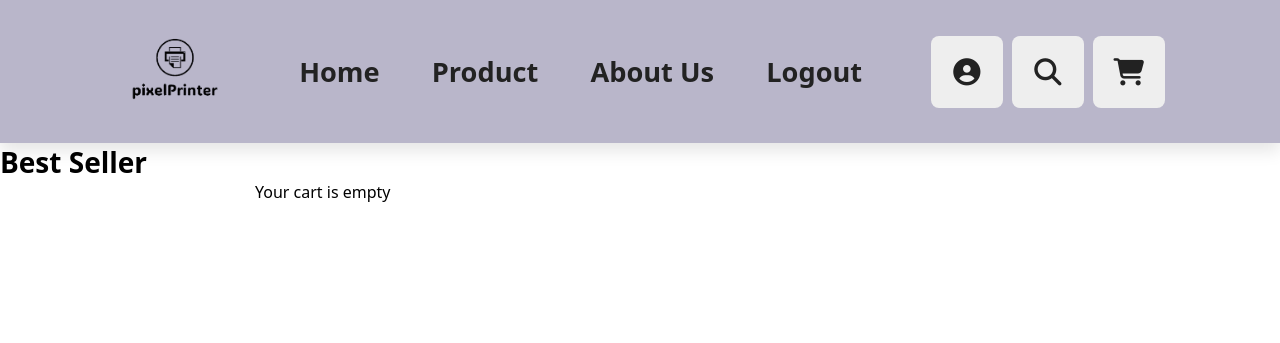
Repository: happy-kitty0821/PixlePrinters
Page: http://localhost/PixlePrint/DisplayCart
The author's editor kept a copy of each file at every save. The page is drawn from the files as they stood at one save, then again after the next save.
The browser window is 1280 px wide. The pictures show the whole page.
Some web libraries are served in a nearby version. The page is served by Tomcat 9. The session is filled in as if someone had signed in: {"username": "testuser", "userId": 1, "accountType": "admin"}. Queries for data that is not in the repository find no rows.

Above is the page before, as saved 2024-05-08 11:02:08.

After the next save:
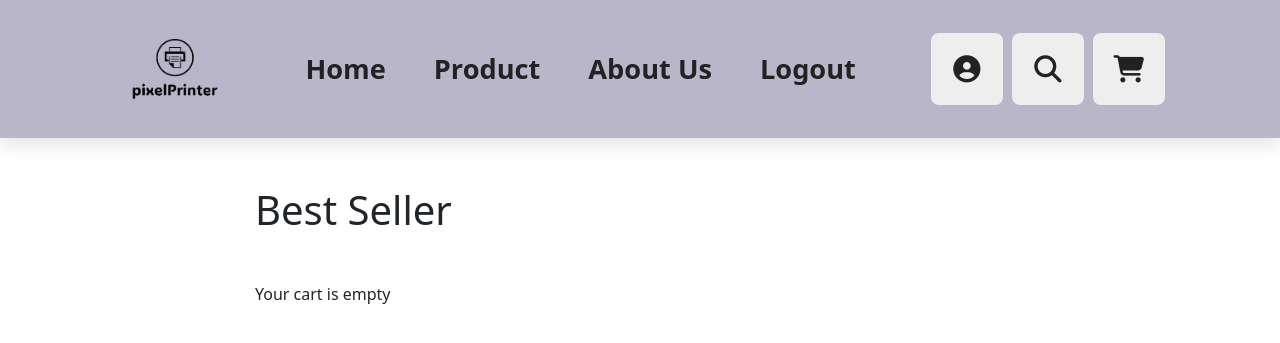
Saved 44 s later.
--- a/PixlePrint/src/main/webapp/pages/Cart.jsp
+++ b/PixlePrint/src/main/webapp/pages/Cart.jsp
@@ -4,26 +4,34 @@
 <!DOCTYPE html>
 <html>
 <head>
-<meta charset="UTF-8">
-<title>Add To Cart</title>
-<link rel="stylesheet" href="${pageContext.request.contextPath}/css/Cart.css">
-<script src="https://kit.fontawesome.com/11d376cef2.js" crossorigin="anonymous"></script>
+    <meta charset="UTF-8">
+    <title>Add To Cart</title>
+    <link rel="stylesheet" href="https://cdn.jsdelivr.net/npm/bootstrap@5.4.0/dist/css/bootstrap.min.css">
+    <link rel="stylesheet" href="${pageContext.request.contextPath}/css/Cart.css">
+    <script src="https://kit.fontawesome.com/11d376cef2.js" crossorigin="anonymous"></script>
 </head>
 <body>
-    <div>
-    <h1 style="text-align: left; padding-right: 250px; font-size: 28px;">Best Seller</h1>
-    <div class="container">
+    <div class="container mt-5">
+        <h1 class="text-left mb-5">Best Seller</h1>
         <div id="root">
             <%
             List<UserCartModel> userCartDetails = (List<UserCartModel>) request.getAttribute("userCartDetails");
             if (userCartDetails != null && !userCartDetails.isEmpty()) {
                 for (UserCartModel cartItem : userCartDetails) {
             %>
-            <div class="product">
-                <h2><%= cartItem.getProductName() %></h2>
-                <p>Quantity: <%= cartItem.getQuantity() %></p>
-                <p>Price: <%= cartItem.getPrice() %></p>
-                <img src="${pageContext.request.contextPath}/Uploads/ProductImages/<%= cartItem.getProductImage() %>" alt="<%= cartItem.getProductName() %>" class="img-fluid">
+            <div class="card mb-3" style="max-width: 540px;">
+                <div class="row g-0">
+                    <div class="col-md-4">
+                        <img src="${pageContext.request.contextPath}/Uploads/ProductImages/<%= cartItem.getProductImage() %>" alt="<%= cartItem.getProductName() %>" class="img-fluid rounded-start">
+                    </div>
+                    <div class="col-md-8">
+                        <div class="card-body">
+                            <h5 class="card-title"><%= cartItem.getProductName() %></h5>
+                            <p class="card-text">Quantity: <%= cartItem.getQuantity() %></p>
+                            <p class="card-text">Price: <%= cartItem.getPrice() %></p>
+                        </div>
+                    </div>
+                </div>
             </div>
             <%
                 }
@@ -35,6 +43,6 @@
             %>
         </div>
     </div>
-    </div>
+    <script src="https://cdn.jsdelivr.net/npm/bootstrap@5.4.0/dist/js/bootstrap.bundle.min.js"></script>
 </body>
 </html>
